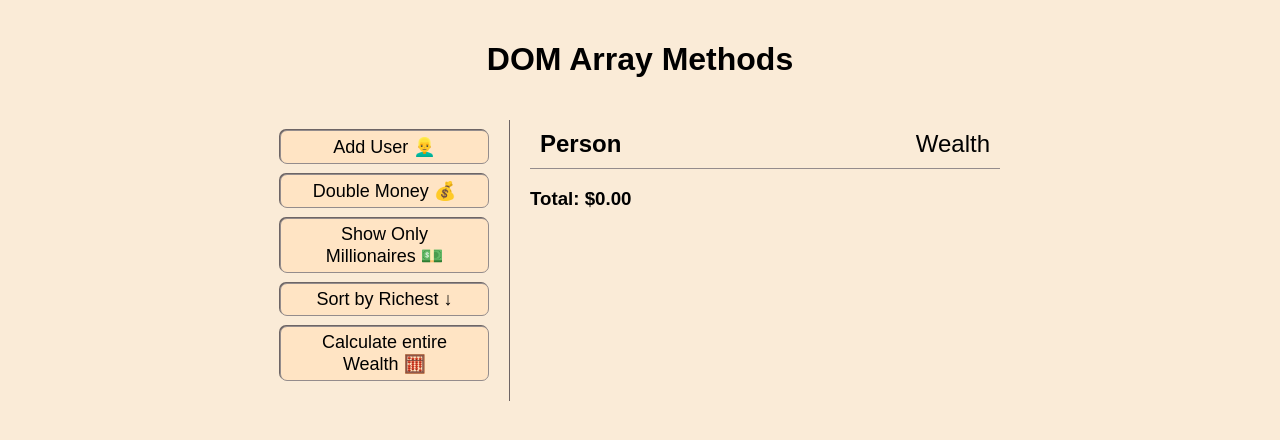
Repository: AbrorjonKuchkarov/DOM-Array-Methods
Page: index.html
The author's editor kept a copy of each file at every save. The page is drawn from the files as they stood at one save, then again after the next save.
The browser window is 1280 px wide. The pictures show the whole page.
After loading, the first visible `#calculate-wealth` was clicked once.
The page's requests for data from a server got no answer.

Above is the page before, as saved 2022-02-24 18:17:28.

### index.html
<!DOCTYPE html>
<html lang="en">
<head>
   <meta charset="UTF-8">
   <meta http-equiv="X-UA-Compatible" content="IE=edge">
   <meta name="viewport" content="width=device-width, initial-scale=1.0">
   <link rel="stylesheet" href="style.css">
   <title>DOM Array Methods</title>
</head>
<body>
   <h1>DOM Array Methods</h1>
      <div class="container">
         <aside class="btns">
            <button id="add-user">Add User 👱‍♂️</button>
            <button id="double">Double Money 💰</button>
            <button id="show-millionaires">Show Only Millionaires 💵</button>
            <button id="sort">Sort by Richest ↓</button>
            <button id="calculate-wealth">Calculate entire Wealth 🧮</button>
         </aside>

         <main id="main">
            <h2><strong>Person</strong> Wealth</h2>
         </main>


      </div>



   <script src="app.js"></script>
</body>
</html>

### style.css
*{
   box-sizing: border-box;
}

body{
   margin: 0;
   padding: 20px;
   display: flex;
   flex-direction: column;
   align-items: center;
   height: 100vh;
   font-family: Arial, Helvetica, sans-serif;
   background-color: antiquewhite;
}

.container{
   display: flex;
   max-width: 100%;
   width: 800px;
   padding: 20px;
   margin: 0 auto;
}

aside {
   padding: 10px 20px;
   border-right: 1px solid #6d6565;
   width: 250px;
}

button {
   display: block;
   width: 100%;
   font-size: 18px;
   margin-bottom: 10px;
   border-radius: 7px;
   outline: none;
   padding: 5px 15px;
   border: 1px solid rgb(148, 140, 140);
   background-color: bisque;
   box-shadow: -1px -1px #6d6565;
}

button:hover {
   box-shadow: 1px 1px #6d6565;
   cursor: pointer;
}

main{
   flex: 1;
   padding: 10px 20px;
}

h2{
   border-bottom: 1px solid rgb(148, 140, 140);
   display: flex;
   justify-content: space-between;
   font-weight: 300;
   padding: 0 10px 10px 10px;
   margin: 0px;
}

.person{
   display: flex;
   justify-content: space-between;
   padding: 5px;
   font-size: 17px;
}

### app.js
const addUser = document.getElementById('add-user');
const double = document.getElementById('double');
const showMillionaires = document.getElementById('show-millionaires');
const sort = document.getElementById('sort');
const calculateWealth = document.getElementById('calculate-wealth');

const main = document.querySelector('#main');

let data = [];



async function getRandomUser() {
   const res = await fetch('https://randomuser.me/api');
   const users = await res.json();

   const user = users.results[0];

   const newData = {
      name: `${user.name.first} ${user.name.last}`,
      money: Math.floor(Math.random()*1000000)
   }

   addData(newData);
}

getRandomUser();
getRandomUser();
getRandomUser();



// Add newuser to Data array
function addData(newData){
 data.push(newData);

 updateDOM()
}

function updateDOM ( providedData = data ){
   main.innerHTML = `<h2><strong>Person</strong>Wealth</h2>`;

   providedData.forEach(item => {
      const element = document.createElement('div');
      element.classList.add('person');
      element.innerHTML = `<strong>${item.name}</strong>${formatMoney(item.money)} `;
      main.appendChild(element)
   })
}

function formatMoney (number){
   return '$' + number.toFixed(2).replace(/\d(?=(\d{3})+\.)/g, '$&,');
}

//Double Money
function doubleMoney () {
   data = data.map(user => {
      return {...user, money:user.money*2}
   })

   updateDOM()
}

//Show only Millionaires by filter
function showMillionaire (){
   data = data.filter(user => user.money > 1000000);

   updateDOM()
}

//Sort by Riches
function sortRich(){
   data = data.sort((a,b) => b.money - a.money);

   updateDOM()
}

// calculate total wealth by reduce
function calculateTotalWealth (){
   const wealth = data.reduce((acc, num) => (acc += num.money), 0 );

   const wealthEl = document.createElement('div');
   wealthEl.innerHTML = `<h3> <strong>Total:</strong> ${formatMoney(wealth)} </h3>`
   main.appendChild(wealthEl);
}

addUser.addEventListener('click', getRandomUser);
double.addEventListener('click', doubleMoney);
showMillionaires.addEventListener('click', showMillionaire);
sort.addEventListener('click', sortRich);
calculateWealth.addEventListener('click', calculateTotalWealth);

After the next save:
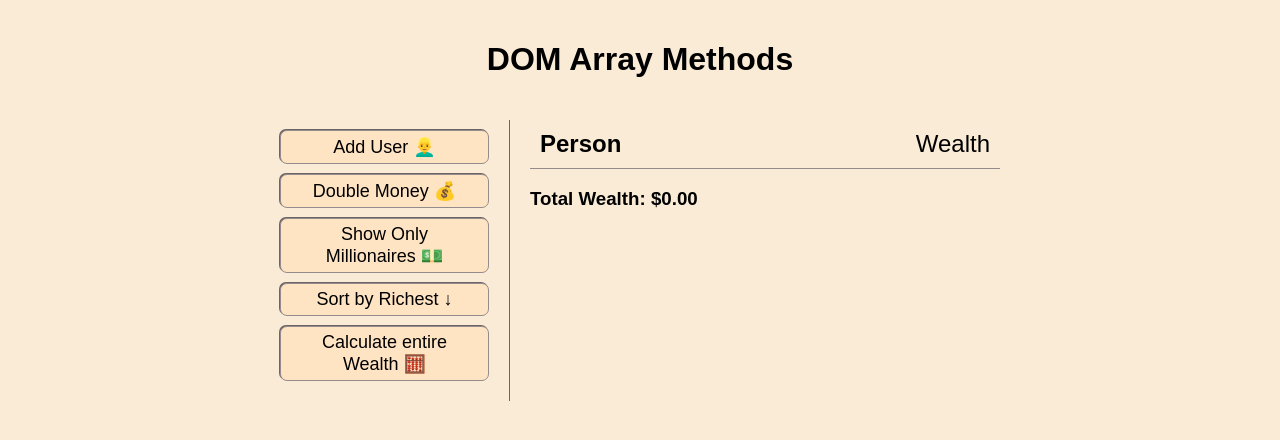
Saved 45 s later.
--- a/app.js
+++ b/app.js
@@ -80,7 +80,7 @@ function calculateTotalWealth (){
    const wealth = data.reduce((acc, num) => (acc += num.money), 0 );
 
    const wealthEl = document.createElement('div');
-   wealthEl.innerHTML = `<h3> <strong>Total:</strong> ${formatMoney(wealth)} </h3>`
+   wealthEl.innerHTML = `<h3> <strong>Total Wealth:</strong> ${formatMoney(wealth)} </h3>`
    main.appendChild(wealthEl);
 }
 
